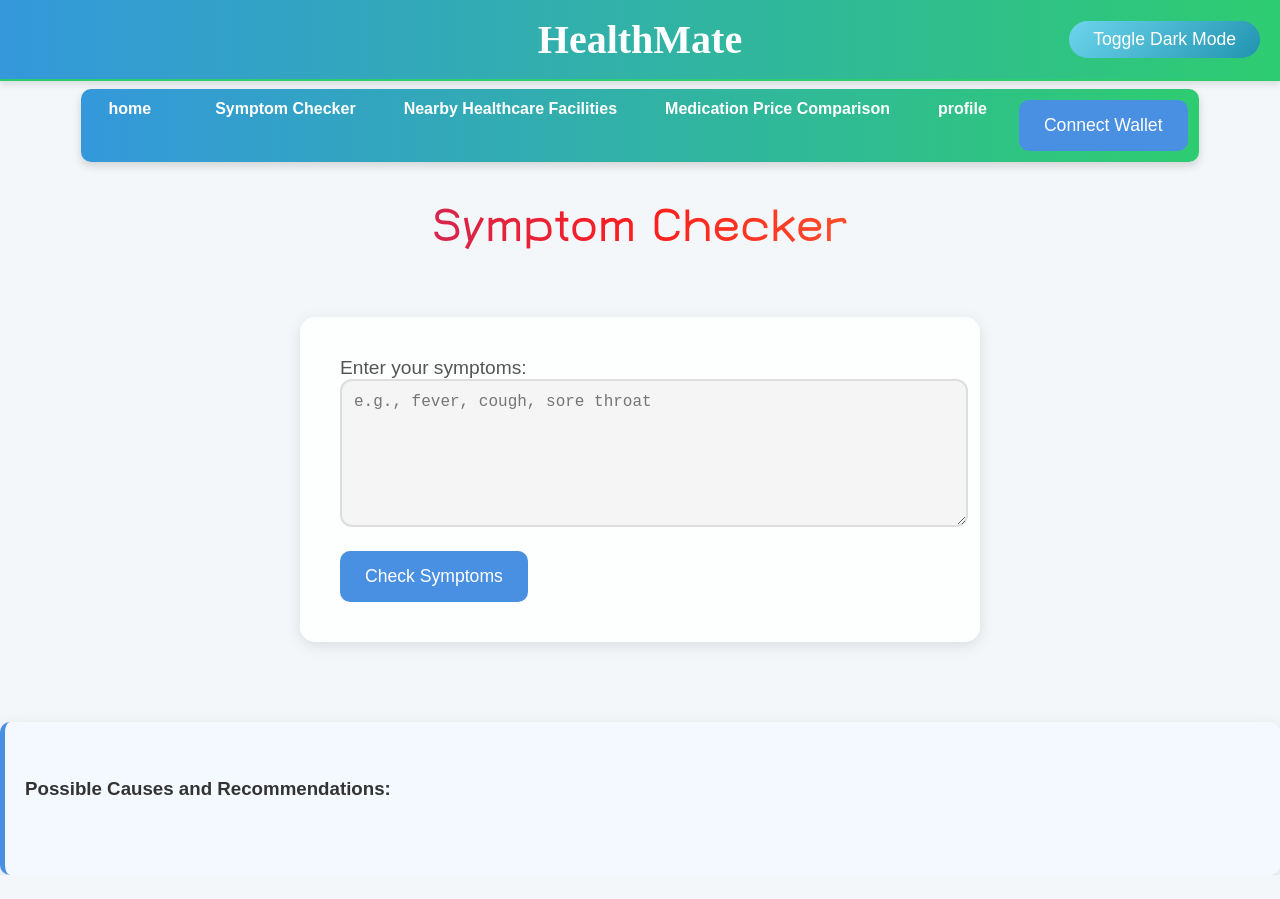
Repository: tmanas06/EP-PROJECT
Page: http://localhost/Medicine_Management_Application/WEB-INF/symptomChecker.jsp
The author's editor kept a copy of each file at every save. The page is drawn from the files as they stood at one save, then again after the next save.
The browser window is 1280 px wide. The pictures show the whole page.
The page is served by Tomcat 9. Nobody is signed in. Other server files are loaded and not shown. The template is opened directly, without the code that normally fills it, so the values that code supplies are empty.

Above is the page before, as saved 2024-12-05 18:17:42.

### Medicine_Management_Application/src/main/webapp/WEB-INF/symptomChecker.jsp
<%@ page import="java.sql.*, java.util.*, org.springframework.ui.Model" %>
<!DOCTYPE html>
<html lang="en">
<head>
    <meta charset="utf-8">
    <title>Symptom Checker</title>
    <meta name="viewport" content="width=device-width, initial-scale=1">

    <style>
        /* Global Styles */
		@font-face {
				    font-family: 'Nobility'; /* The name you will use in your CSS */
				    src: url('../fonts/NobilityCasual-pZdR.ttf') format('truetype'), /* WOFF2 format */
				}
				@font-face {
						    font-family: 'sp'; /* The name you will use in your CSS */
						    src: url('../fonts/SpButchLiteBold-8O88B.otf') format('truetype'), /* WOFF2 format */
						}
						:root {
						    --primary-color: #3498db;
						    --secondary-color: #2ecc71;
						    --text-color: #333;
						    --background-color: #f4f7f9;
						    --content-background: rgba(255, 255, 255, 0.8); /* Semi-transparent white for glassmorphism */
						    --blur-effect: blur(10px);
						    --card-gradient: linear-gradient(135deg, #e0f7fa, #f1f8e9);
						    --navbar-gradient: linear-gradient(90deg, #3498db, #2ecc71);
						    --button-gradient: linear-gradient(135deg, #6dd5ed, #2193b0);
						}

						.dark-mode {
						    --primary-color: #2980b9;
						    --secondary-color: #27ae60;
						    --text-color: #e0e0e0;
						    --background-color: #1a1a1a;
						    --content-background: rgba(44, 44, 44, 0.8); /* Dark glassmorphism effect */
						    --blur-effect: blur(15px);
						    --card-gradient: linear-gradient(135deg, #263238, #37474f);
						    --navbar-gradient: linear-gradient(90deg, #2980b9, #27ae60);
						    --button-gradient: linear-gradient(135deg, #3a6186, #89253e);
						}
        body {
			font-family: 'Comfortaa', 'Nanum Gothic', cursive, sans-serif;
				    background-color: var(--background-color);
				    color: var(--text-color);
				    margin: 0;
				    padding: 0;
				    display: flex;
				    flex-direction: column;
				    min-height: 100vh;
				    transition: background-color 0.3s, color 0.3s;
        }

        h1 {
			font-family:'sp', sans-serif;
					    color: var(--primary-color);
					    font-size: 3rem;
					    margin-bottom: 1rem;
					    text-align: center;
						background: rgb(131,58,180);
						background: linear-gradient(90deg, rgba(131,58,180,1) 0%, rgba(253,29,29,1) 50%, rgba(252,176,69,1) 100%);
					    -webkit-background-clip: text;
					    -webkit-text-fill-color: transparent;
        }

        /* Form container */
        form {
            background: rgba(255, 255, 255, 0.8); /* Slight transparency for glassmorphism */
            backdrop-filter: blur(10px); /* Glassmorphism effect */
            border-radius: 15px;
            box-shadow: 0 4px 15px rgba(0, 0, 0, 0.1);
            margin: 50px auto;
            padding: 40px;
            max-width: 600px;
            width: 100%;
            transition: all 0.3s ease-in-out;
        }

        form:hover {
            transform: scale(1.02);
            box-shadow: 0 6px 25px rgba(0, 0, 0, 0.2);
        }

        label {
            font-size: 1.2rem;
            margin-bottom: 10px;
            font-weight: 500;
            color: #555;
        }

        /* Textarea styling */
        textarea {
            width: 100%;
            height: 120px;
            margin-bottom: 20px;
            padding: 12px;
            border-radius: 12px;
            border: 2px solid #ddd;
            background: #f5f5f5;
            color: #333;
            font-size: 1rem;
            transition: all 0.3s ease-in-out;
        }

        textarea:focus {
            border-color: #4A90E2;
            background: #fff;
            outline: none;
            box-shadow: 0 0 10px rgba(74, 144, 226, 0.2);
        }

        /* Button Styling */
        button {
            background: #4A90E2;
            color: #fff;
            border: none;
            padding: 15px 25px;
            border-radius: 10px;
            font-size: 1.1rem;
            cursor: pointer;
            transition: all 0.3s ease-in-out;
        }

        button:hover {
            background: #357ABD;
            transform: scale(1.05);
        }

        /* Response Message */
        .response {
            margin-top: 30px;
            padding: 20px;
            background: rgba(243, 250, 255, 0.9); /* Soft light background */
            border-left: 5px solid #4A90E2;
            border-radius: 10px;
            box-shadow: 0 4px 15px rgba(0, 0, 0, 0.1);
            font-size: 1rem;
            text-align: left;
            white-space: pre-line;
            font-weight: 500;
            color: #333;
        }

        .error {
            margin-top: 30px;
            padding: 20px;
            background: rgba(248, 215, 218, 0.9);
            border-left: 5px solid #dc3545;
            border-radius: 10px;
            box-shadow: 0 4px 15px rgba(0, 0, 0, 0.1);
            font-size: 1rem;
            color: #dc3545;
            text-align: left;
            font-weight: 500;
        }

        /* Bold text class */
        .bold {
            font-weight: bold;
        }
		header {
				    background: var(--navbar-gradient);
				    color: white;
				    padding: 1rem;
				    display: flex;
				    justify-content: center;
				    align-items: center;
				    position: relative;
				    border-bottom: 2px solid var(--secondary-color);
				    box-shadow: 0 4px 6px rgba(0, 0, 0, 0.1);
				}
				.logo {
						    font-family: 'Cinzel', serif;
						    font-size: 2.5rem;
						    font-weight: bold;
						}
			     #darkModeToggle {
								    background: var(--button-gradient);
								    border: none;
								    color: white;
								    padding: 0.5rem 1.5rem;
								    border-radius: 25px;
								    cursor: pointer;
								    position: absolute;
								    right: 20px;
								    transition: background 0.3s, transform 0.2s;
								}
								#darkModeToggle:hover {
								    transform: scale(1.1);
								    background: linear-gradient(135deg, #4caf50, #2c3e50);
								}
								nav {
									    background: var(--navbar-gradient);
									    padding: 0.7rem;
									    border-radius: 10px;
									    margin: 0.5rem auto;
									    max-width: 90%;
									    box-shadow: 0 4px 10px rgba(0, 0, 0, 0.15);
									}

									nav ul {
									    list-style: none;
									    padding: 0;
									    margin: 0;
									    display: flex;
									    justify-content: center;
									    gap: 1rem;
									}

									nav ul li {
									    margin: 0;
									}

									nav ul li a {
									    color: white;
									    text-decoration: none;
									    font-weight: bold;
									    padding: 0.5rem 1rem;
									    border-radius: 20px;
									    transition: background-color 0.3s ease, transform 0.3s;
									}

									nav ul li a:hover {
									    background-color: rgba(255, 255, 255, 0.2);
									    transform: translateY(-3px);
									}
        /* Responsive Design */
        @media (max-width: 768px) {
            form {
                padding: 25px;
                margin: 20px;
                width: 90%;
            }

            h1 {
                font-size: 2rem;
            }
        }

    </style>
</head>
<body>
	<header>
	       <div class="logo">HealthMate</div>
	       <button id="darkModeToggle">Toggle Dark Mode</button>
	   </header>
	   <nav>
	         <ul>
	             <li><a href="">home</a><li>
	             <li><a href="symptomChecker">Symptom Checker</a></li>
	             <li><a href="nearbyFacilities">Nearby Healthcare Facilities</a></li>
	             <li><a href="medicationPrices">Medication Price Comparison</a></li>
	             <li><a href="profile">profile</a></li>
	                 <li><button id="connectWalletBtn">Connect Wallet</button></li>

	         </ul>
	              <div id="walletAddress"></div>

	     </nav>
    <h1>Symptom Checker</h1>

    <!-- Form for sending symptoms -->
    <form action="/symptomChecker" method="post">
        <label for="symptoms">Enter your symptoms:</label><br/>
        <textarea id="symptoms" name="symptoms" placeholder="e.g., fever, cough, sore throat"></textarea><br/>
        <button type="submit">Check Symptoms</button>
    </form>

    <!-- Display Response -->
    <c:if test="${not empty responseMessage}">
        <div class="response">
            <h3>Possible Causes and Recommendations:</h3>
            ${responseMessage}
        </div>
    </c:if>

	<script>
	   document.addEventListener('DOMContentLoaded', function() {
	       const connectWalletBtn = document.getElementById('connectWalletBtn');
	       const walletAddressDiv = document.getElementById('walletAddress'); // Use the existing div

	       connectWalletBtn.addEventListener('click', async () => {
	           if (typeof window.ethereum !== 'undefined') {
	               try {
	                   // Request account access
	                   await window.ethereum.request({ method: 'eth_requestAccounts' });

	                   // Get the selected address
	                   const accounts = await window.ethereum.request({ method: 'eth_accounts' });
	                   const address = accounts[0];
	                   console.log("Retrieved address:", address);

	                   // Send the address to your server
	                   const response = await fetch('/connect-wallet', {
	                       method: 'POST',
	                       headers: {
	                           'Content-Type': 'application/x-www-form-urlencoded',
	                       },
	                       body: `providerUrl=${window.ethereum.networkVersion}`
	                   });

	                   if (response.ok) {
	                       walletAddressDiv.innerHTML = `Connected: <span style="word-break: break-all;">${address}</span>`;
	                       connectWalletBtn.textContent = 'Wallet Connected';
	                       connectWalletBtn.disabled = true;
	                   } else {
	                       console.error('Failed to connect wallet on server');
	                       walletAddressDiv.textContent = 'Failed to connect wallet on server';
	                   }
	               } catch (error) {
	                   console.error('Failed to connect wallet', error);
	                   walletAddressDiv.textContent = 'Failed to connect wallet';
	               }
	           } else {
	               console.error('MetaMask not detected');
	               walletAddressDiv.textContent = 'MetaMask not detected';
	           }
	       });
	   });

	       const darkModeToggle = document.getElementById('darkModeToggle');
	       const body = document.body;

	       darkModeToggle.addEventListener('click', () => {
	           body.classList.toggle('dark-mode');
	           localStorage.setItem('darkMode', body.classList.contains('dark-mode'));
	       });

	       // Check for saved dark mode preference
	       if (localStorage.getItem('darkMode') === 'true') {
	           body.classList.add('dark-mode');
	       }
	   </script>
</body>
</html>

After the next save:
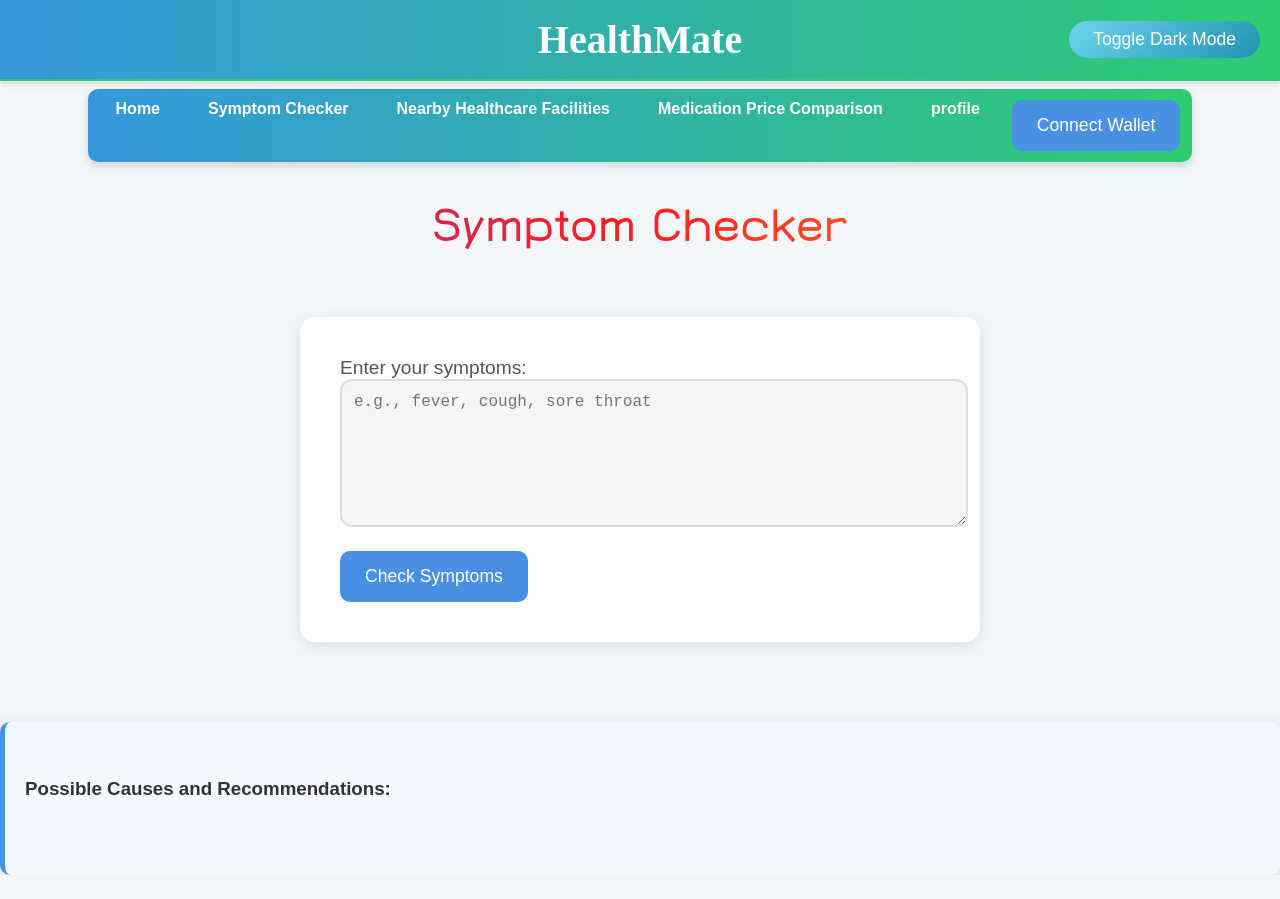
Saved 103 s later.
--- a/Medicine_Management_Application/src/main/webapp/WEB-INF/symptomChecker.jsp
+++ b/Medicine_Management_Application/src/main/webapp/WEB-INF/symptomChecker.jsp
@@ -246,7 +246,7 @@
 	   </header>
 	   <nav>
 	         <ul>
-	             <li><a href="">home</a><li>
+	             <li><a href="index">Home</a></li>
 	             <li><a href="symptomChecker">Symptom Checker</a></li>
 	             <li><a href="nearbyFacilities">Nearby Healthcare Facilities</a></li>
 	             <li><a href="medicationPrices">Medication Price Comparison</a></li>
